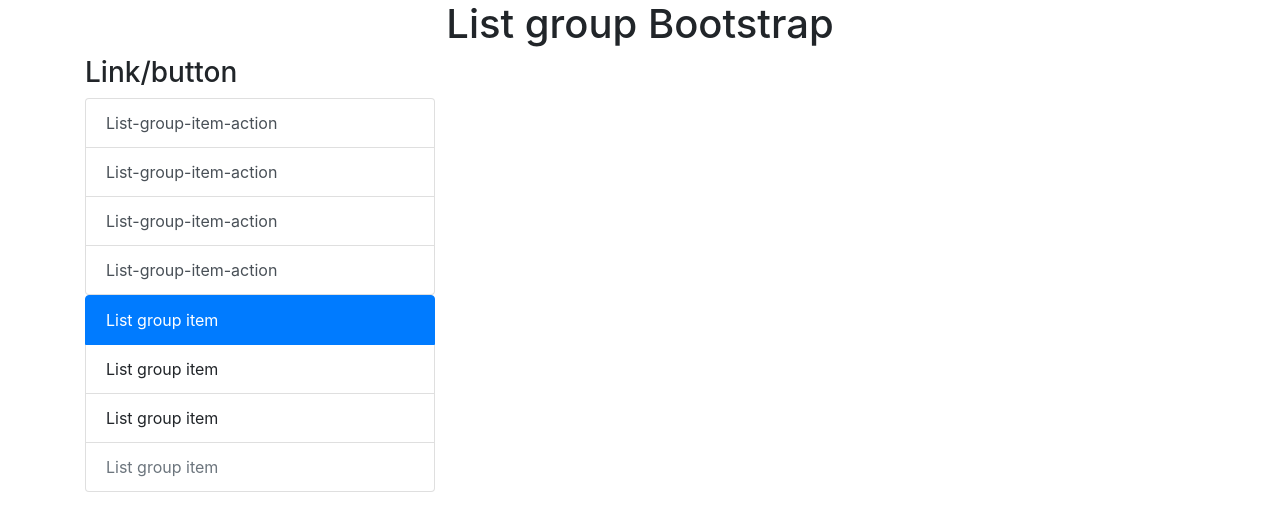
Repository: anhtu2110/front_end
Page: lesson/bootstrap/advance/5.20.list_group.html
These files come from the project's save history. The page is drawn as it stood at one moment and after the next save; the edit follows.
The browser window is 1280 px wide. The pictures show the whole page.

Above is the page before, as saved 2022-12-18 17:37:26.

After the next save:
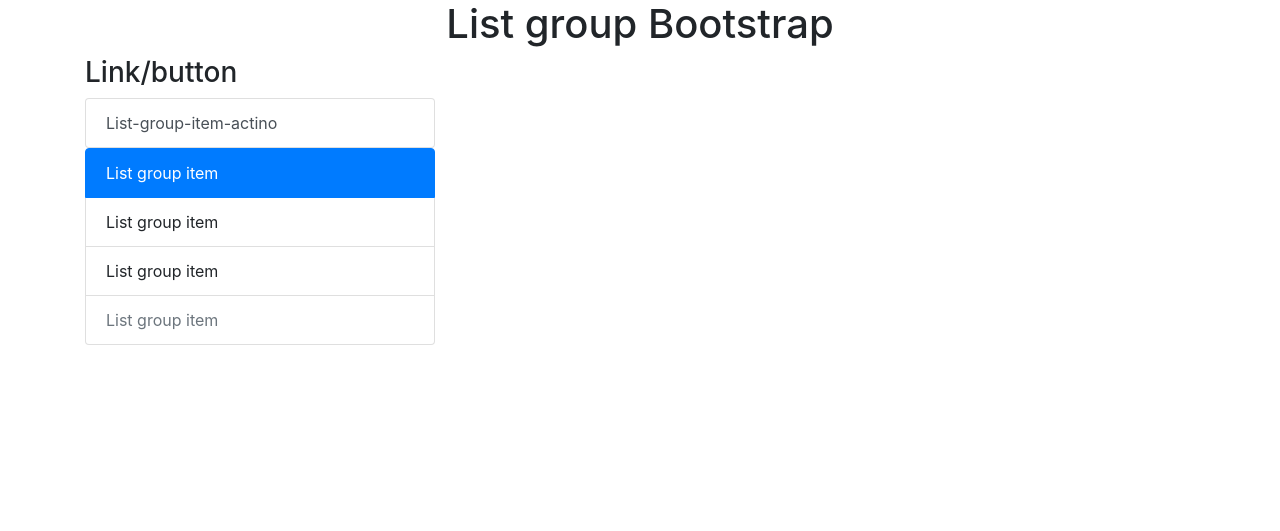
Saved 30 s later.
--- a/lesson/bootstrap/advance/5.20.list_group.html
+++ b/lesson/bootstrap/advance/5.20.list_group.html
@@ -18,10 +18,7 @@
                     <div class="col-md-4">
                         <h3>Link/button</h3>
                         <div class="list-group">
-                            <a href="" class="list-group-item list-group-item-action">List-group-item-action</a>
-                            <a href="" class="list-group-item list-group-item-action">List-group-item-action</a><a
-                                href="" class="list-group-item list-group-item-action">List-group-item-action</a><a
-                                href="" class="list-group-item list-group-item-action">List-group-item-action</a>
+                            <a href="" class="list-group-item list-group-item-action">List-group-item-actino</a>
                         </div>
                         <ul class="list-group">
                             <li class="list-group-item active">List group item</li>

After the save that followed:
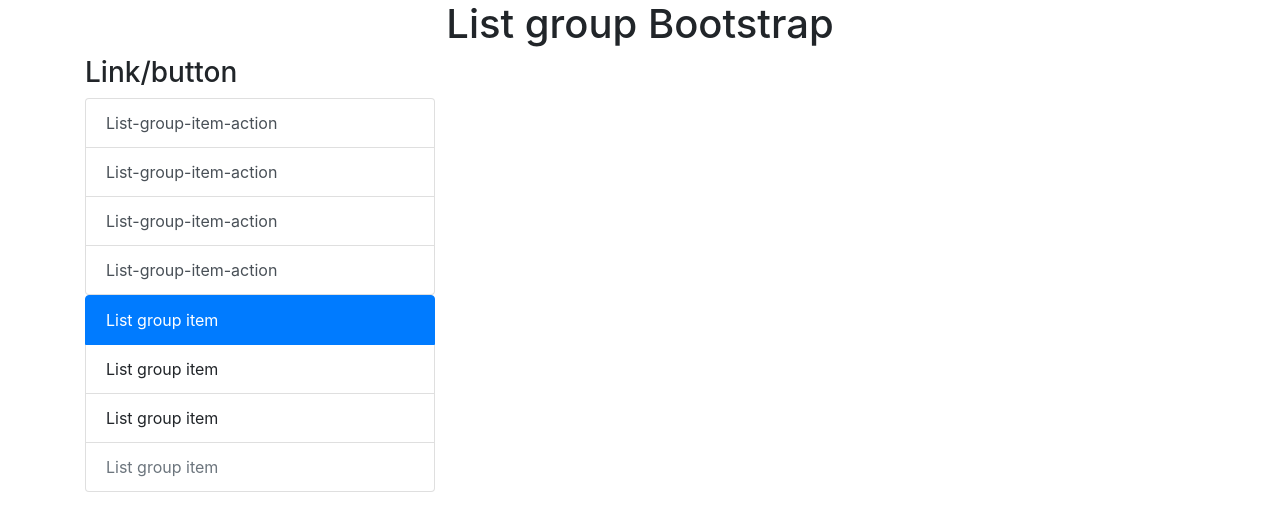
Saved 68 s later.
--- a/lesson/bootstrap/advance/5.20.list_group.html
+++ b/lesson/bootstrap/advance/5.20.list_group.html
@@ -18,7 +18,11 @@
                     <div class="col-md-4">
                         <h3>Link/button</h3>
                         <div class="list-group">
-                            <a href="" class="list-group-item list-group-item-action">List-group-item-actino</a>
+                            <a href="" class="list-group-item list-group-item-action">List-group-item-action</a>
+                            <a href="" class="list-group-item list-group-item-action">List-group-item-action</a>
+                            <a href="" class="list-group-item list-group-item-action">List-group-item-action</a>
+                            <a href="" class="list-group-item list-group-item-action">List-group-item-action</a>
+
                         </div>
                         <ul class="list-group">
                             <li class="list-group-item active">List group item</li>
